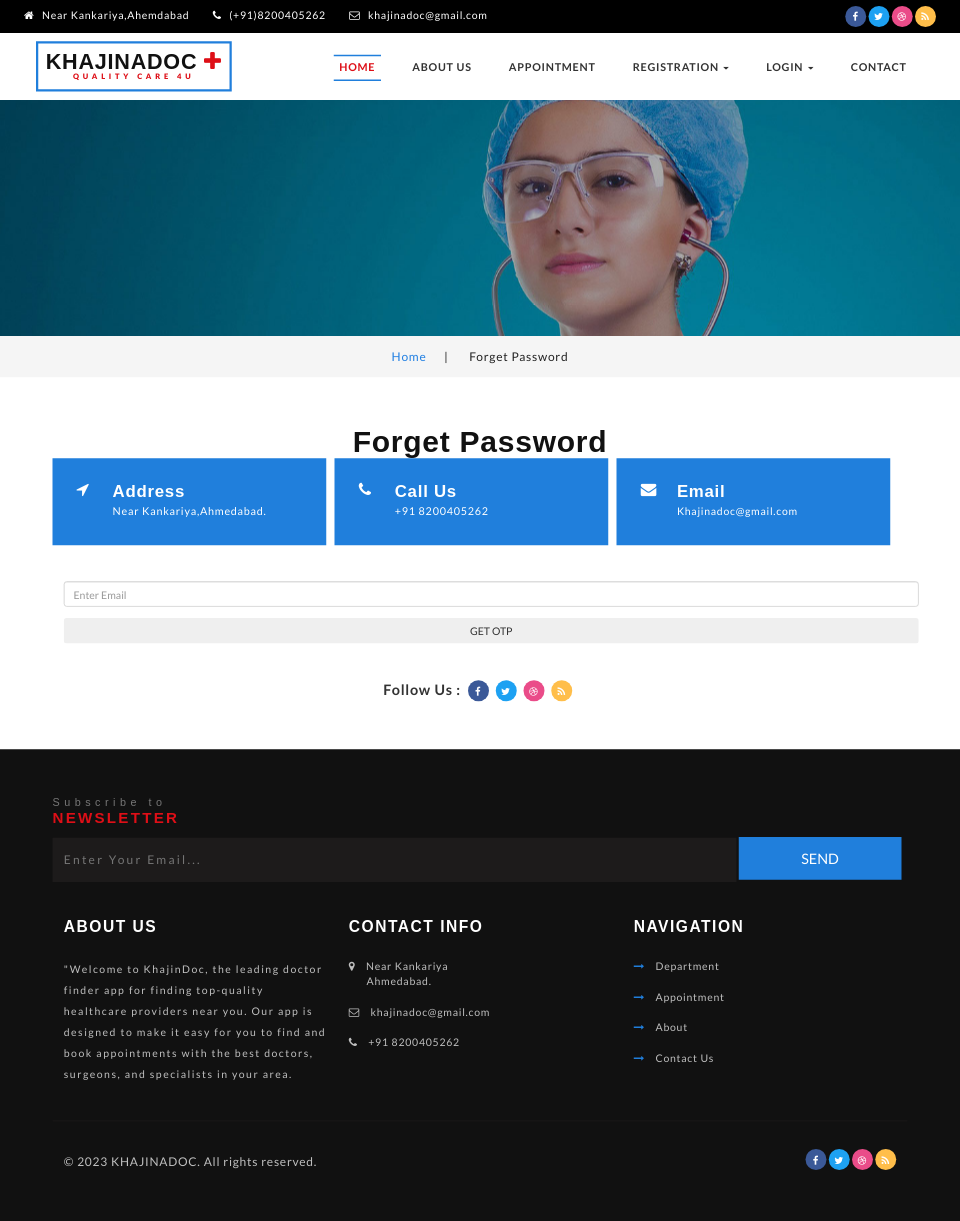
Repository: 72-faisal/Doctor_Finder
Page: http://localhost/Khajina_Doctor/Doctor-forgetpassword.jsp
These files come from the project's save history. The page is drawn as it stood at one moment and after the next save; the edit follows.
The browser window is 1280 px wide. The pictures show the whole page, at 75% of full size.
Some web fonts or font styles are not loaded; a fallback is used. The page is served by Tomcat 9. Other server files are loaded and not shown.

Above is the page before, as saved 2023-05-07 19:37:04.
Console error (its wording comes from the project's code and is left out).

### Khajina_Doctor/src/main/webapp/Doctor-forgetpassword.jsp
<%@ page language="java" contentType="text/html; charset=ISO-8859-1"
    pageEncoding="ISO-8859-1"%>

<!--
author: W3layouts
author URL: http://w3layouts.com
License: Creative Commons Attribution 3.0 Unported
License URL: http://creativecommons.org/licenses/by/3.0/
-->
<!DOCTYPE html>
<html lang="zxx">
<head>
<title>KhajinaDoc a Medical Online Solution |</title>
<!-- for-meta-tags-->
<meta name="viewport" content="width=device-width, initial-scale=1">
<meta http-equiv="Content-Type" content="text/html; charset=utf-8" />
<meta name="keywords"
	content="Health Plus Responsive web template, Bootstrap Web Templates, Flat Web Templates, Android Compatible web template,
Smartphone Compatible web template, free web designs for Nokia, Samsung, LG, SonyEricsson, Motorola web design" />
<script type="application/x-javascript">
	addEventListener("load", function() { setTimeout(hideURLbar, 0); }, false);
		function hideURLbar(){ window.scrollTo(0,1); }
</script>
<!-- //for-meta-tags-->
<link href="css/bootstrap.css" rel="stylesheet" type="text/css"
	media="all" />
<link rel="stylesheet" href="css/flexslider.css" type="text/css"
	media="screen" Department="" />
<link href="css/services.css" rel="stylesheet" type="text/css"
	media="all" />
<link href="css/ziehharmonika.css" rel="stylesheet" type="text/css">
<link href="css/JiSlider.css" rel="stylesheet">
<link href="css/style.css" rel="stylesheet" type="text/css" media="all" />
<!-- font-awesome icons -->
<link href="css/font-awesome.css" rel="stylesheet">
<!-- //font-awesome icons -->
<link
	href="//fonts.googleapis.com/css?family=Raleway:200,200i,300,300i,400,400i,500,500i,600,600i,700,700i,800"
	rel="stylesheet">
<link
	href="//fonts.googleapis.com/css?family=Lato:300,300i,400,400i,700,900"
	rel="stylesheet">

<style>
.overlay {
	border: 2px solid black;
	/* Set the border style to a 1px solid black line */
	padding: 10px;
	margin-top: 10px;
	/* Add some padding around the box content to make it easier to read */
}

.department .btn-group .btn:first-child {
	margin-right: 10px;
}

/* Style the primary button */
.btn-primary {
	background-color: #007bff;
	color: #fff;
	border: none;
}

/* Style the success button */
.btn-success {
	background-color: #28a745;
	color: #fff;
	border: none;
}

/* Add margin to the buttons */
.btn-group>.btn {
	margin-right: 5px;
}

.social_agileinfo li a {
	display: block;
	width: 30px;
	height: 30px;
	line-height: 30px;
	text-align: center;
	background: #333;
	border-radius: 50%;
	margin: 0 10px;
}

.social_agileinfo li a i {
	font-size: 18px;
}

.social_agileinfo li a:hover {
	background: #555;
}

.social_agileinfo li a:hover i {
	color: #fff;
}

.social_agileinfo li a:focus {
	outline: none;
}
</style>

</head>

<body>
<div class="main" id="home">
<!-- banner -->
		<div class="header_agileinfo">
						<div class="w3_agileits_header_text">
				<ul class="top_agile_w3l_info_icons">
					<li><i class="fa fa-home" aria-hidden="true"></i>Near
						Kankariya,Ahemdabad</li>
					<li class="second"><i class="fa fa-phone" aria-hidden="true"></i>(+91)8200405262</li>

					<li><i class="fa fa-envelope-o" aria-hidden="true"></i><a
						href="mailto:maria@example.com">khajinadoc@gmail.com</a></li>
				</ul>

			</div>
						<div class="agileinfo_social_icons">
							<ul class="agileits_social_list">
								<li><a href="#" class="w3_agile_facebook"><i class="fa fa-facebook" aria-hidden="true"></i></a></li>
								<li><a href="#" class="agile_twitter"><i class="fa fa-twitter" aria-hidden="true"></i></a></li>
								<li><a href="#" class="w3_agile_dribble"><i class="fa fa-dribbble" aria-hidden="true"></i></a></li>
								<li><a href="#" class="w3_agile_rss"><i class="fa fa-rss" aria-hidden="true"></i></a></li>
							</ul>
						</div>
						<div class="clearfix"> </div>
			</div>

		<div class="header-bottom">
				<nav class="navbar navbar-default">
				<!-- Brand and toggle get grouped for better mobile display -->
				<div class="navbar-header">
				  <button type="button" class="navbar-toggle collapsed" data-toggle="collapse" data-target="#bs-example-navbar-collapse-1">
					<span class="sr-only">Toggle navigation</span>
					<span class="icon-bar"></span>
					<span class="icon-bar"></span>
					<span class="icon-bar"></span>
				  </button>
					<div class="logo">
						<h1><a class="navbar-brand" href="index.jsp"><span>Khajina</span>Doc <i class="fa fa-plus" aria-hidden="true"></i> <p>Quality Care 4U</p></a></h1>
					</div>
				</div>

				<!-- Collect the nav links, forms, and other content for toggling -->
				<div class="collapse navbar-collapse nav-wil" id="bs-example-navbar-collapse-1">
					<nav class="menu menu--sebastian">
					<ul id="m_nav_list" class="m_nav menu__list">
						<li class="m_nav_item menu__item menu__item--current" id="m_nav_item_1"> <a href="index.jsp" class="menu__link"> Home </a></li>
						<li class="m_nav_item menu__item" id="moble_nav_item_2"> <a href="about.jsp" class="menu__link"> About Us </a> </li>
						<li class="m_nav_item menu__item" id="moble_nav_item_4"> <a href="appointment.jsp" class="menu__link">Appointment  </a> </li>
						<li class="m_nav_item menu__item" id="moble_nav_item_3 dropdown"> <a href="#" class="menu__link dropdown-toggle" data-toggle="dropdown">Registration  <b class="caret"></b></a>
						   <ul class="dropdown-menu agile_short_dropdown">
									<li><a href="Patient_Registration.jsp">As Patient</a></li>
									<li><a href="Doctor_Registration.jsp">As Doctor</a></li>
								</ul>
						</li>
						<li class="m_nav_item menu__item" id="moble_nav_item_3 dropdown"> <a href="#" class="menu__link dropdown-toggle" data-toggle="dropdown">Login  <b class="caret"></b></a>
						   <ul class="dropdown-menu agile_short_dropdown">
									<li><a href="Patient_Login.jsp">Patient Login</a></li>
									<li><a href="Doctor_Login.jsp">Doctor Login</a></li>
									<li><a href="Admin_Login.jsp">Admin Login</a></li>
						   </ul>
						</li>
						<li class="m_nav_item menu__item" id="moble_nav_item_6"> <a href="contact.jsp" class="menu__link"> Contact </a> </li>
					</ul>
				</nav>

				</div>
				<!-- /.navbar-collapse -->
			</nav>
	 </div>
</div>
<!-- banner -->
<!-- banner1 -->
	<div class="banner1 jarallax">
		<div class="container">
		</div>
	</div>

	<div class="services-breadcrumb">
		<div class="container">
			<ul>
				<li><a href="index.jsp">Home</a><i>|</i></li>
				<li>Forget Password</li>
			</ul>
		</div>
	</div>
<!-- //banner1 -->
	<div class="banner-bottom" id="about">
		<div class="container">
			<h2 class="w3_heade_tittle_agile">Forget Password</h2>

          <div class="contact-top-agileits">
               <div class="col-md-4 contact-grid ">
					<div class="contact-grid1 agileits-w3layouts">
						<i class="fa fa-location-arrow"></i>
						<div class="con-w3l-info">
						   <h4>Address </h4>
						  <p>Near Kankariya,<span>Ahmedabad.</span></p>
						</div>
						<div class="clearfix"></div>
					</div>
				</div>
				<div class="col-md-4 contact-grid">
					<div class="contact-grid2 w3">
						<i class="fa fa-phone" aria-hidden="true"></i>
						<div class="con-w3l-info">
						  <h4>Call Us</h4>
						   <p>+91 8200405262</p>
						</div>
						<div class="clearfix"></div>
					</div>
				</div>
				<div class="col-md-4 contact-grid">
					<div class="contact-grid3 w3l">
						<i class="fa fa-envelope"></i>
						<div class="con-w3l-info">
						  <h4>Email</h4>
						  <p><a href="mailto:info@example.com">Khajinadoc@gmail.com</a>

						  </p></div>
						  <div class="clearfix"></div>
					</div>
				</div>
				<div class="clearfix"></div>

			</div>
				 <!--contact -->
      <section class="contact py-lg-4 py-md-3 py-sm-3 py-3">
         <div class="container py-lg-5 py-md-4 py-sm-4 py-3">
            <div class="contact-list-grid">


               <form action="DoctorController" method="post">
                  <div class=" agile-wls-contact-mid">


                   <div class="form-group contact-forms">
                        <input type="email" class="form-control" placeholder="Enter Email" name="demail">
                     </div>

                    <button type="submit" name="action" value="get otp"  class="btn btn-block sent-butnn">GET OTP</button>
                  </div>

               </form>

            </div>
         </div>
         <!--//contact-map -->
      </section>
				  <ul class="agileits_social_list two">
				        <li class="fallow"> Follow Us :</li>
								<li><a href="#" class="w3_agile_facebook"><i class="fa fa-facebook" aria-hidden="true"></i></a></li>
								<li><a href="#" class="agile_twitter"><i class="fa fa-twitter" aria-hidden="true"></i></a></li>
								<li><a href="#" class="w3_agile_dribble"><i class="fa fa-dribbble" aria-hidden="true"></i></a></li>
								<li><a href="#" class="w3_agile_rss"><i class="fa fa-rss" aria-hidden="true"></i></a></li>
							</ul>

			   </div>
	    </div>
	</div>

<!-- footer -->
	<div class="footer">
		<div class="container">
			<h4>
				Subscribe to <span>Newsletter</span>
			</h4>
			<form action="#" method="post">
				<input type="email" name="Email" placeholder="Enter Your Email..."
					required=""> <input type="submit" value="Send">
			</form>
			<div class="agile_footer_copy">
				<div class="w3agile_footer_grids">
					<div class="col-md-4 w3agile_footer_grid">
						<h3>About Us</h3>
						<p>
							"Welcome to KhajinDoc, the leading doctor finder app for
							finding top-quality healthcare providers near you. Our app is
							designed to make it easy for you to find and book appointments
							with the best doctors, surgeons, and specialists in your area.</span>
						</p>
					</div>
					<div class="col-md-4 w3agile_footer_grid">
						<h3>Contact Info</h3>
						<ul>
							<li><i class="fa fa-map-marker" aria-hidden="true"></i>Near
								Kankariya <span>Ahmedabad.</span></li>
							<li><i class="fa fa-envelope-o" aria-hidden="true"></i><a
								href="khajinadoc@gmail.com">khajinadoc@gmail.com</a></li>
							<li><i class="fa fa-phone" aria-hidden="true"></i>+91
								8200405262</li>
						</ul>
					</div>
					<div class="col-md-4 w3agile_footer_grid w3agile_footer_grid1">
						<h3>Navigation</h3>
						<ul>
							<li><span class="fa fa-long-arrow-right" aria-hidden="true"></span><a
								href="Department-home.jsp">Department</a></li>
							<li><span class="fa fa-long-arrow-right" aria-hidden="true"></span><a
								href="appointment.jsp">Appointment</a></li>
							<li><span class="fa fa-long-arrow-right" aria-hidden="true"></span><a
								href="about.jsp">About</a></li>
							<li><span class="fa fa-long-arrow-right" aria-hidden="true"></span><a
								href="contact.jsp">Contact Us</a></li>
						</ul>
					</div>
					<div class="clearfix"></div>
				</div>
			</div>
			<div class="w3_agileits_copy_right_social">
				<div class="col-md-6 agileits_w3layouts_copy_right">
					<p>&copy; 2023 KHAJINADOC. All rights reserved.</p>
				</div>
				<div class="col-md-6 w3_agile_copy_right">
					<ul class="agileits_social_list">
						<li><a href="#" class="w3_agile_facebook"><i
								class="fa fa-facebook" aria-hidden="true"></i></a></li>
						<li><a href="#" class="agile_twitter"><i
								class="fa fa-twitter" aria-hidden="true"></i></a></li>
						<li><a href="#" class="w3_agile_dribble"><i
								class="fa fa-dribbble" aria-hidden="true"></i></a></li>
						<li><a href="#" class="w3_agile_rss"><i class="fa fa-rss"
								aria-hidden="true"></i></a></li>
					</ul>
				</div>
				<div class="clearfix"></div>
			</div>
		</div>
	</div>
	<!-- //footer -->
	<a href="#" id="toTop" style="display: block;"> <span
		id="toTopHover" style="opacity: 1;"> </span></a>
	<!-- js -->
	<script src="js/jquery-2.2.3.min.js"></script>
	<script src="js/JiSlider.js"></script>
	<script>
		$(window).load(function() {
			$('#JiSlider').JiSlider({
				color : '#fff',
				start : 3,
				reverse : true
			}).addClass('ff')
		})
	</script>
	<script type="text/javascript">
		var _gaq = _gaq || [];
		_gaq.push([ '_setAccount', 'UA-36251023-1' ]);
		_gaq.push([ '_setDomainName', 'jqueryscript.net' ]);
		_gaq.push([ '_trackPageview' ]);

		(function() {
			var ga = document.createElement('script');
			ga.type = 'text/javascript';
			ga.async = true;
			ga.src = ('https:' == document.location.protocol ? 'https://ssl'
					: 'http://www')
					+ '.google-analytics.com/ga.js';
			var s = document.getElementsByTagName('script')[0];
			s.parentNode.insertBefore(ga, s);
		})();
	</script>

	<script src="js/ziehharmonika.js"></script>
	<script>
		$(document).ready(function() {
			$('.ziehharmonika').ziehharmonika({
				collapsible : true,
				prefix : ''
			});
		});
	</script>
	<!-- stats -->
	<script src="js/jquery.waypoints.min.js"></script>
	<script src="js/jquery.countup.js"></script>
	<script>
		$('.counter').countUp();
	</script>
	<!-- //stats -->
	<script type="text/javascript">
		$(function() {
			$("#bars li .bar").each(function(key, bar) {
				var percentage = $(this).data('percentage');

				$(this).animate({
					'height' : percentage + '%'
				}, 1000);
			})
		})
	</script>

	<!-- bootstrap-pop-up -->
	<div class="modal video-modal fade" id="myModal" tabindex="-1"
		role="dialog" aria-labelledby="myModal">
		<div class="modal-dialog" role="document">
			<div class="modal-content">
				<div class="modal-header">
					Health Plus
					<button type="button" class="close" data-dismiss="modal"
						aria-label="Close">
						<span aria-hidden="true">&times;</span>
					</button>
				</div>
				<section>
					<div class="modal-body">
						<img src="images/g9.jpg" alt=" " class="img-responsive" />
						<p>
							Ut enim ad minima veniam, quis nostrum exercitationem ullam
							corporis suscipit laboriosam, nisi ut aliquid ex ea commodi
							consequatur? Quis autem vel eum iure reprehenderit qui in ea
							voluptate velit esse quam nihil molestiae consequatur, vel illum
							qui dolorem eum fugiat quo voluptas nulla pariatur. <i>" Quis
								autem vel eum iure reprehenderit qui in ea voluptate velit esse
								quam nihil molestiae consequatur.</i>
						</p>
					</div>
				</section>
			</div>
		</div>
	</div>
	<!-- //bootstrap-pop-up -->

	<!-- flexSlider -->
	<script defer src="js/jquery.flexslider.js"></script>
	<script type="text/javascript">
		$(window).load(function() {
			$('.flexslider').flexslider({
				animation : "slide",
				start : function(slider) {
					$('body').removeClass('loading');
				}
			});
		});
	</script>
	<!-- //flexSlider -->


	<!-- start-smoth-scrolling -->
	<script type="text/javascript" src="js/move-top.js"></script>
	<script type="text/javascript" src="js/easing.js"></script>
	<script type="text/javascript">
		jQuery(document).ready(function($) {
			$(".scroll").click(function(event) {
				event.preventDefault();
				$('html,body').animate({
					scrollTop : $(this.hash).offset().top
				}, 1000);
			});
		});
	</script>
	<!-- start-smoth-scrolling -->
	<script src="js/jarallax.js"></script>
	<script src="js/SmoothScroll.min.js"></script>
	<script type="text/javascript">
		/* init Jarallax */
		$('.jarallax').jarallax({
			speed : 0.5,
			imgWidth : 1366,
			imgHeight : 768
		})
	</script>

	<script src="js/bootstrap.js"></script>
	<!-- //for bootstrap working -->
	<!-- here stars scrolling icon -->
	<script type="text/javascript">
		$(document).ready(function() {
			/*
				var defaults = {
				containerID: 'toTop', // fading element id
				containerHoverID: 'toTopHover', // fading element hover id
				scrollSpeed: 1200,
				easingType: 'linear'
				};
			 */

			$().UItoTop({
				easingType : 'easeOutQuart'
			});

		});
	</script>
	<!-- //here ends scrolling icon -->
</body>
</html>

### Khajina_Doctor/src/main/webapp/css/services.css
.ch-item {
	width: 100%;
	height: 100%;
	border-radius: 50%;
	position: relative;
	cursor: default;
	-webkit-perspective: 900px;
	-moz-perspective: 900px;
	-o-perspective: 900px;
	-ms-perspective: 900px;
	perspective: 900px;
}
.ch-info{
	position: absolute;
	width: 100%;
	height: 100%;
	-webkit-transform-style: preserve-3d;
	-moz-transform-style: preserve-3d;
	-o-transform-style: preserve-3d;
	-ms-transform-style: preserve-3d;
	transform-style: preserve-3d;
}
.ch-info > div {
	display: block;
	position: absolute;
	width: 100%;
	height: 100%;
	border-radius: 50%;
	background-position: center center;
	-webkit-transition: all 0.4s linear;
	-moz-transition: all 0.4s linear;
	-o-transition: all 0.4s linear;
	-ms-transition: all 0.4s linear;
	transition: all 0.4s linear;
	-webkit-transform-origin: 50% 0%;
	-moz-transform-origin: 50% 0%;
	-o-transform-origin: 50% 0%;
	-ms-transform-origin: 50% 0%;
	transform-origin: 50% 0%;
}

.ch-info .ch-info-front {
      border: 10px solid #1c588e;
    background: #fff;
}

.ch-info .ch-info-back {
	-webkit-transform: translate3d(0,0,-220px) rotate3d(1,0,0,90deg);
	-moz-transform: translate3d(0,0,-220px) rotate3d(1,0,0,90deg);
	-o-transform: translate3d(0,0,-220px) rotate3d(1,0,0,90deg);
	-ms-transform: translate3d(0,0,-220px) rotate3d(1,0,0,90deg);
	transform: translate3d(0,0,-220px) rotate3d(1,0,0,90deg);
	background: #000;
	opacity: 0;
}
.ch-info-front.ch-img-1 i,.ch-info-front.ch-img-2 i,.ch-info-front.ch-img-3 i ,.ch-info-front.ch-img-4 i ,.ch-info-front.ch-img-5 i   {
    color: #232323;
    font-size: 4em;
    line-height: 3em;
}

.ch-info h5 {
    color: #fff;
    text-transform: uppercase;
    letter-spacing: 2px;
    font-size: 20px;
    margin: 0 15px;
    padding: 78px 0 0 0;
    height: 110px;
    text-shadow: 0 0 1px #fff, 0 1px 2px rgba(0,0,0,0.3);
}

.ch-info p {
	color: #de0f17;
    padding:10px 5px;
    font-style:italic;
    margin:0 30px;
    font-size:12px;
    border-top:1px solid rgba(47, 46, 46, 0.5);
}

.ch-info p a {
	display: block;
	color: #fff;
	color: rgba(255,255,255,0.7);
	font-style: normal;
	font-weight: 700;
	text-transform: uppercase;
	font-size: 9px;
	letter-spacing: 1px;
	padding-top: 4px;
	font-family: 'Open Sans', Arial, sans-serif;
}

.ch-info p a:hover {
	color: #fff222;
	color: rgba(255,242,34, 0.8);
}

.ch-item:hover .ch-info-front {
	-webkit-transform: translate3d(0,280px,0) rotate3d(1,0,0,-90deg);
	-moz-transform: translate3d(0,280px,0) rotate3d(1,0,0,-90deg);
	-o-transform: translate3d(0,280px,0) rotate3d(1,0,0,-90deg);
	-ms-transform: translate3d(0,280px,0) rotate3d(1,0,0,-90deg);
	transform: translate3d(0,280px,0) rotate3d(1,0,0,-90deg);
	opacity: 0;
}

.ch-item:hover .ch-info-back {
	-webkit-transform: rotate3d(1,0,0,0deg);
	-moz-transform: rotate3d(1,0,0,0deg);
	-o-transform: rotate3d(1,0,0,0deg);
	-ms-transform: rotate3d(1,0,0,0deg);
	transform: rotate3d(1,0,0,0deg);
	opacity: 1;
}

### Khajina_Doctor/src/main/webapp/css/ziehharmonika.css
/* @author Tim himself */

.ziehharmonika h3 {
    background: rgba(255, 255, 255, 0);
    color: #151414;
    text-align: left;
    border-radius: 0px;
    padding: 25px 20px;
    cursor: pointer;
    margin-top: 0;
    margin-bottom: 25px;
    padding-right: 40px;
    transition: 0.25s all;
    position: relative;
    border: 6px solid #191919;
    font-weight: 700;
    letter-spacing: 1px;
}
.ziehharmonika h3.active {
    margin-bottom: 21px;
  background: #207fdc;
    border: 6px solid rgba(44, 185, 139, 0.01);
}
.ziehharmonika h3::before {
	content: attr(data-prefix);
	font-size: 18px;
	margin-right: 9px;
}
.ziehharmonika > div {
	display: none;
	    background: #fff;
    border-radius: 0;
    border: 1px solid #cdcdcd;
    text-align: left;
    padding: 31px 33px;
    margin-bottom: 9px;
}
.ziehharmonika .arrowDown {
	width: 0;
	height: 0;
	border-style: solid;
	border-width: 13.0px 7.5px 0 7.5px;
	border-color: #272e35 transparent transparent transparent;
	position: absolute;
	bottom: 0;
	left: 40px;
	transition: 0.25s all;
	opacity: 0;
}
.ziehharmonika .active .arrowDown {
       bottom: -18px;
    border-color: #207fdc transparent transparent transparent;
    opacity: 1;
}
.ziehharmonika .collapseIcon {
	    position: absolute;
    right: 20px;
    top: 52%;
    font-size: 30px;
    font-weight: 400;
    -ms-transform: translate(0, -50%);
    transform: translate(0, -50%);
}
/*--/Responsive--*/
@media(max-width:640px){
	.ziehharmonika > div {
		display: none;
		background: #fff;
		border-radius: 0;
		border: 1px solid #cdcdcd;
		text-align: left;
		padding: 15px 15px;
		margin-bottom: 9px;
	}
	.ziehharmonika h3 {
      padding: 15px 20px;
	}
}
@media(max-width:414px){
	.ziehharmonika h3 {
		padding: 9px 15px;
		margin-bottom: 14px;
		padding-right: 40px;
		font-size: 1.2em;
	}
}
/*--//Responsive--*/

Loaded but not shown: Khajina_Doctor/src/main/webapp/css/bootstrap.css (library); Khajina_Doctor/src/main/webapp/css/font-awesome.css (library); Khajina_Doctor/src/main/webapp/js/jquery-2.2.3.min.js (library); Khajina_Doctor/src/main/webapp/js/jquery.waypoints.min.js (library); Khajina_Doctor/src/main/webapp/js/jquery.countup.js (common file); Khajina_Doctor/src/main/webapp/js/SmoothScroll.min.js (library); Khajina_Doctor/src/main/webapp/js/bootstrap.js (library); Khajina_Doctor/src/main/webapp/js/jquery.flexslider.js (library); Khajina_Doctor/src/main/webapp/js/jarallax.js (433 lines, source omitted); Khajina_Doctor/src/main/webapp/js/JiSlider.js (205 lines, source omitted); Khajina_Doctor/src/main/webapp/js/easing.js (140 lines, source omitted); Khajina_Doctor/src/main/webapp/js/ziehharmonika.js (81 lines, source omitted); Khajina_Doctor/src/main/webapp/js/move-top.js (5 lines, source omitted); Khajina_Doctor/src/main/webapp/css/style.css (4106 lines, source omitted); Khajina_Doctor/src/main/webapp/css/JiSlider.css (298 lines, source omitted); Khajina_Doctor/src/main/webapp/css/flexslider.css (157 lines, source omitted)

After the next save:
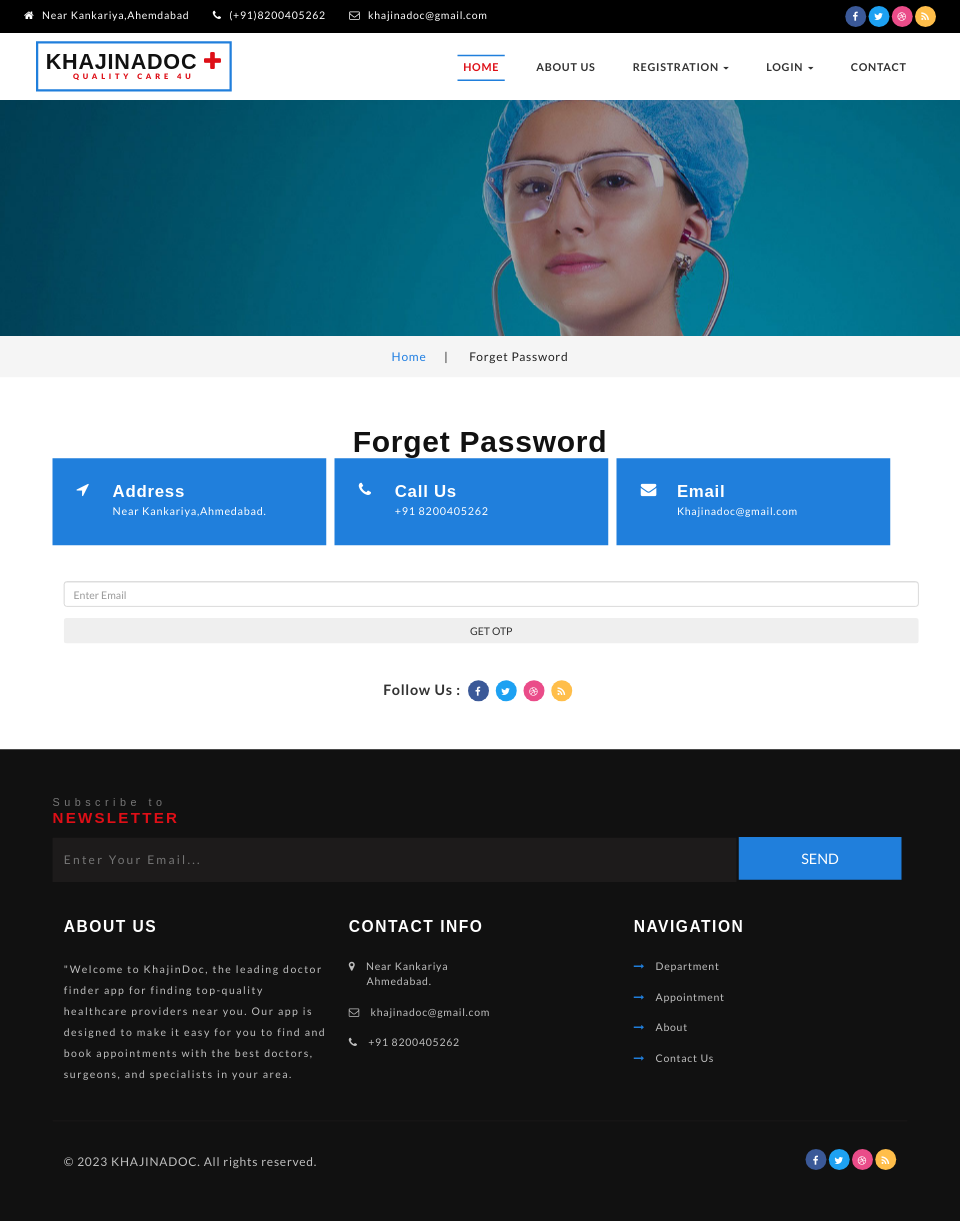
Saved 53 s later.
--- a/Khajina_Doctor/src/main/webapp/Doctor-forgetpassword.jsp
+++ b/Khajina_Doctor/src/main/webapp/Doctor-forgetpassword.jsp
@@ -150,7 +150,6 @@ Smartphone Compatible web template, free web designs for Nokia, Samsung, LG, Son
 					<ul id="m_nav_list" class="m_nav menu__list">
 						<li class="m_nav_item menu__item menu__item--current" id="m_nav_item_1"> <a href="index.jsp" class="menu__link"> Home </a></li>
 						<li class="m_nav_item menu__item" id="moble_nav_item_2"> <a href="about.jsp" class="menu__link"> About Us </a> </li>
-						<li class="m_nav_item menu__item" id="moble_nav_item_4"> <a href="appointment.jsp" class="menu__link">Appointment  </a> </li>
 						<li class="m_nav_item menu__item" id="moble_nav_item_3 dropdown"> <a href="#" class="menu__link dropdown-toggle" data-toggle="dropdown">Registration  <b class="caret"></b></a>
 						   <ul class="dropdown-menu agile_short_dropdown">
 									<li><a href="Patient_Registration.jsp">As Patient</a></li>
